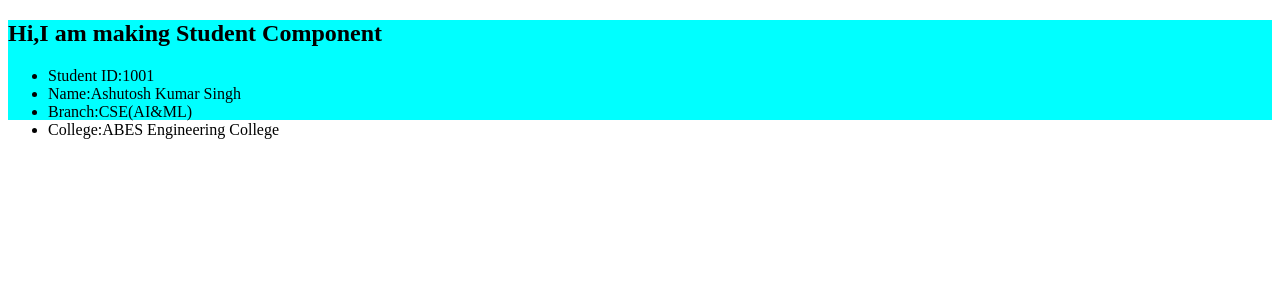
Repository: ashurauza/FSD_Sem5
Page: / (app in FSD_Sem5/CSS/ReactRevisionDOM/)
An editor plug-in stored every save of this project. The page is shown before and after the next save, followed by the edit.
The browser window is 1280 px wide. The pictures show the whole page.
The project was rebuilt for these pictures with package versions that can differ from the ones it lists, and the page was loaded fresh each time.

Above is the page before, as saved 2025-10-27 09:29:11.

### FSD_Sem5/CSS/ReactRevisionDOM/index.html
<!DOCTYPE html>
<html lang="en">
<head>
    <meta charset="UTF-8">
    <meta name="viewport" content="width=device-width, initial-scale=1.0">
    <title>RevisionDOM</title>
</head>
<body>
    <div id="parent"></div>
    <script src="https://unpkg.com/react@18/umd/react.development.js" crossorigin></script>
    <script src="https://unpkg.com/react-dom@18/umd/react-dom.development.js" crossorigin></script>
    <script src="student.jsx" type="module"></script>

</body>
</html>

### FSD_Sem5/CSS/ReactRevisionDOM/student.jsx



const parent = document.getElementById("parent");
const root = ReactDOM.createRoot(parent);


const h21=<h2>
    Hi,I am making Student Component
</h2>
const li11=<li>Student ID:1001</li>
const li22=<li>Name:Ashutosh Kumar Singh</li>
const li33=<li>Branch:CSE(AI&ML)</li>
const li44=<li>College:ABES Engineering College</li>
const ul1=<ul>{[li11,li22,li33,li44]}</ul>
const wrapper1=(
    <>
    {h21}
    {ul1}
    </>
)

const wrapper = React.createElement("div", {style: {height:100,backgroundColor: 'cyan'}}, [h21, ul1]);

root.render(wrapper);

After the next save:
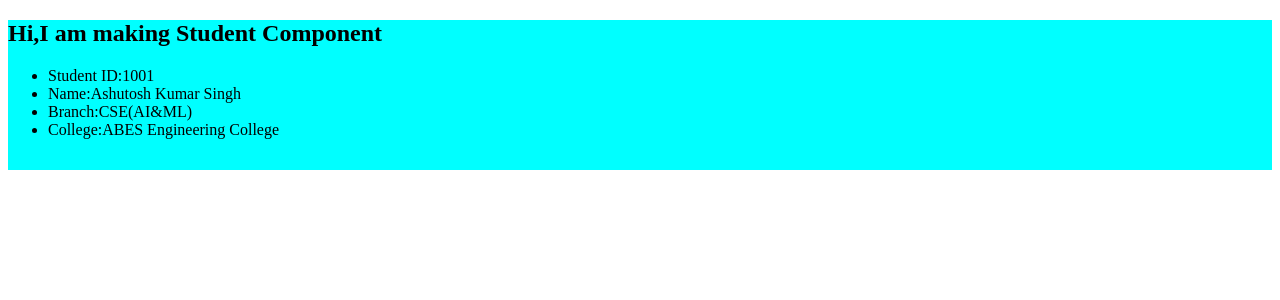
Saved 12 s later.
--- a/FSD_Sem5/CSS/ReactRevisionDOM/student.jsx
+++ b/FSD_Sem5/CSS/ReactRevisionDOM/student.jsx
@@ -20,6 +20,6 @@ const wrapper1=(
     </>
 )
 
-const wrapper = React.createElement("div", {style: {height:100,backgroundColor: 'cyan'}}, [h21, ul1]);
+const wrapper = React.createElement("div", {style: {height:150,backgroundColor: 'cyan'}}, [h21, ul1]);
 
 root.render(wrapper);
